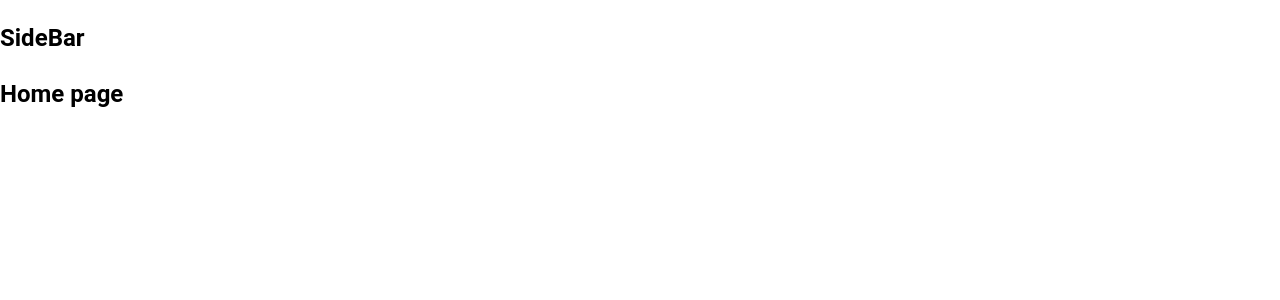
Repository: ynguyen1512/tiktok-ui
Page: /
These files come from the project's save history. The page is drawn as it stood at one moment and after the next save; the edit follows.
The browser window is 1280 px wide. The pictures show the whole page.
The project was rebuilt for these pictures with package versions that can differ from the ones it lists, and the page was loaded fresh each time. Also part of the build but not shown: src/components/Layout/components/Header/Header.module.scss, src/pages/Following/index.js, src/pages/Profile/index.js, src/pages/Upload/index.js, src/pages/Search/index.js. Imported but missing from the stored project, and not drawn on this page: src/components/Layout/HeaderOnly.

Above is the page before, as saved 2023-07-29 10:21:12.

### src/App.js
import { BrowserRouter as Router, Routes, Route } from 'react-router-dom';
import { publicRoutes } from '~/routes';
import { DefaultLayout } from '~/components/Layout';
import { Fragment } from 'react';

function App() {
    return (
        <Router>
            <div className="App">
                <Routes>
                    {publicRoutes.map((route, index) => {
                        const Page = route.component;

                        let Layout = DefaultLayout;
                        if (route.layout) {
                            Layout = route.layout;
                        } else if (route.layout === null) {
                            Layout = Fragment;
                        }

                        return (
                            <Route
                                key={index}
                                path={route.path}
                                element={
                                    <Layout>
                                        <Page />
                                    </Layout>
                                }
                            />
                        );
                    })}
                </Routes>
            </div>
        </Router>
    );
}

export default App;

### src/components/GlobalStyles/index.js
import './GlobalStyles.scss';

function GlobalStyles({ children }) {
    return children;
}

export default GlobalStyles;

### src/routes/index.js
// Layout
import { HeaderOnly } from '~/components/Layout';

import Home from '~/pages/Home';
import Following from '~/pages/Following';
import Profile from '~/pages/Profile';
import Upload from '~/pages/Upload';
import Search from '~/pages/Search';

// Without Login to use this route
const publicRoutes = [
    { path: '/', component: Home },
    { path: '/following', component: Following },
    { path: '/profile', component: Profile },
    { path: '/upload', component: Upload, layout: HeaderOnly },
    { path: '/search', component: Search, layout: null },
];

// Have to login to use this route
const privateRoutes = [];

export { publicRoutes, privateRoutes };

### src/components/Layout/index.js
export { default as DefaultLayout } from './DefaultLayout';
export { default as HeaderOnly } from './HeaderOnly';

### src/components/GlobalStyles/GlobalStyles.scss
@import 'normalize.css';
@import url('https://fonts.googleapis.com/css2?family=Great+Vibes&family=Lobster&family=Montserrat:wght@300;400;500;600;700&family=Open+Sans:wght@300;400;500;600;700&display=swap');

:root {
    --primary: #fe2c55;
}

* {
    box-sizing: border-box;
}

html {
    font-size: 62.5%;
}
body {
    font-family: 'Roboto', sans-serif;
    font-size: 1.6rem;
    line-height: 1.5;
    text-rendering: optimizeSpeed;
}

### src/pages/Home/index.js
function Home() {
    return <h2>Home page</h2>;
}

export default Home;

### src/components/Layout/DefaultLayout/index.js
import Header from '~/components/Layout/components/Header';
import SideBar from './SideBar/SideBar';

function DefaultLayout({ children }) {
    return (
        <div>
            <Header />
            <div className="container">
                <SideBar />
                <div className="content">{children}</div>
            </div>
        </div>
    );
}

export default DefaultLayout;

### src/components/Layout/components/Header/index.js
import styles from './Header.module.scss';
import classNames from 'classnames';

const cx = classNames.bind(styles);

function Header() {
    return <header className={cx('post-item')}></header>;
}

export default Header;

### src/components/Layout/DefaultLayout/SideBar/SideBar.js
function SideBar() {
    return <h2>SideBar</h2>;
}

export default SideBar;

Loaded but not shown: public/index.html (common file); src/index.js (common file); src/reportWebVitals.js (common file)

After the next save:
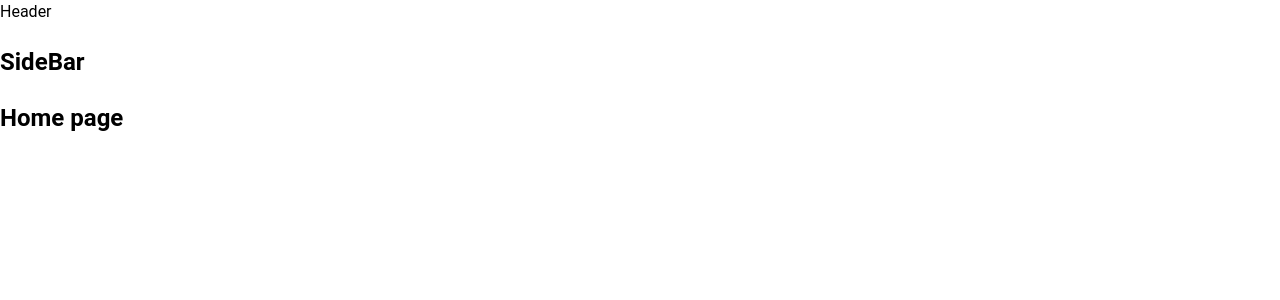
Saved 6 s later.
--- a/src/components/Layout/components/Header/index.js
+++ b/src/components/Layout/components/Header/index.js
@@ -4,7 +4,7 @@
 const cx = classNames.bind(styles);
 
 function Header() {
-    return <header className={cx('post-item')}></header>;
+    return <header className={cx('post-item')}>Header</header>;
 }
 
 export default Header;

After the 2 saves that followed:
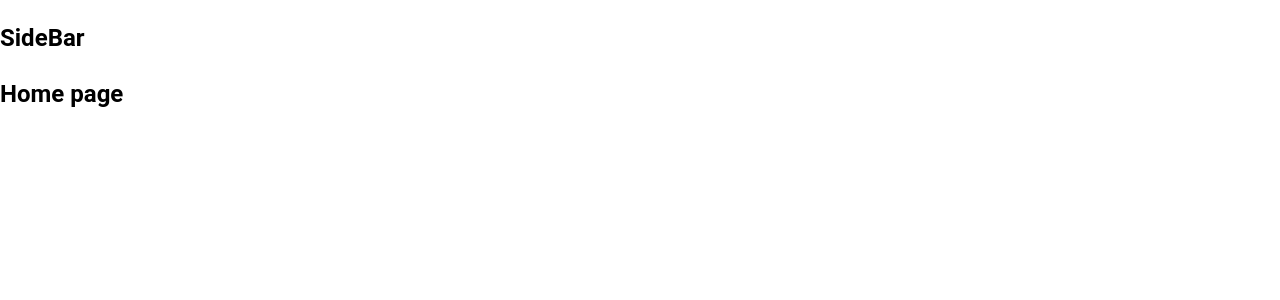
The 2 saves are shown as one change because 1 left the picture as it was.
The last was saved 81 s later.
--- a/src/components/Layout/components/Header/index.js
+++ b/src/components/Layout/components/Header/index.js
@@ -4,7 +4,7 @@
 const cx = classNames.bind(styles);
 
 function Header() {
-    return <header className={cx('post-item')}>Header</header>;
+    return <header className={cx('wrapper')}></header>;
 }
 
 export default Header;
